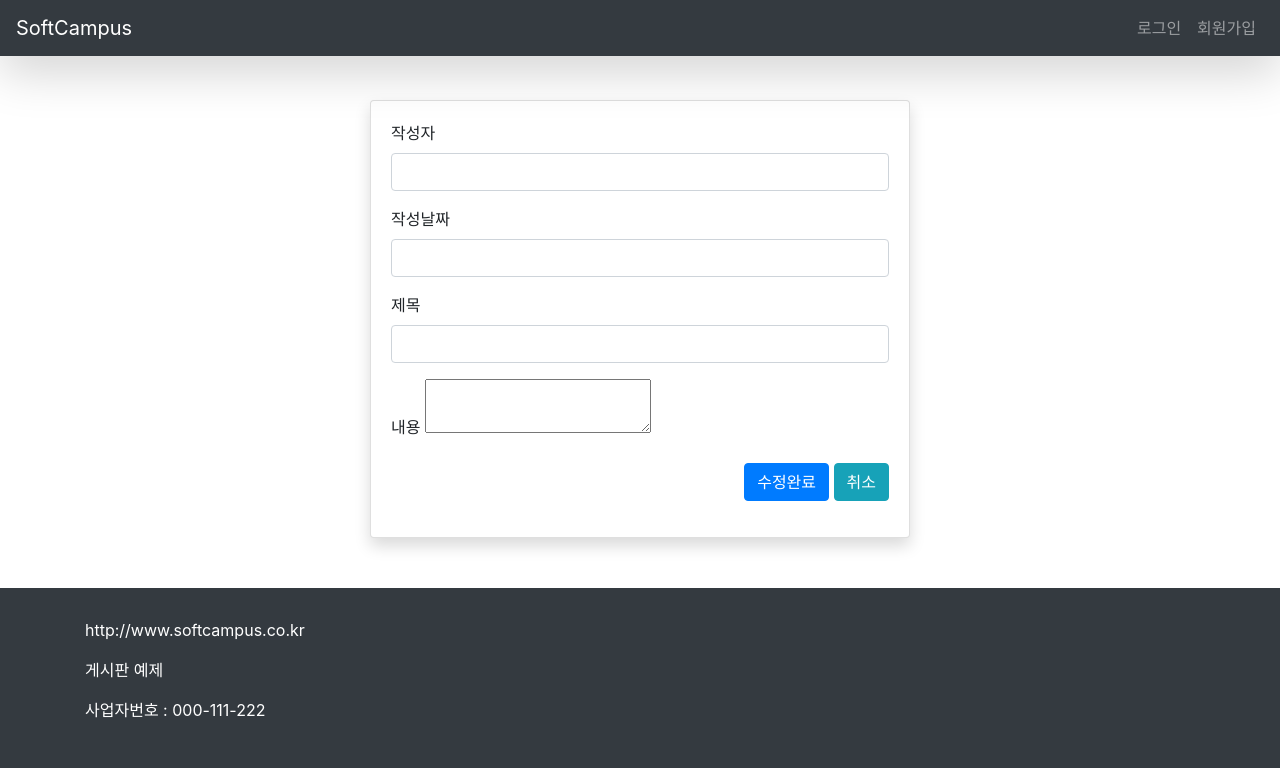
Repository: Wunhyeon/SpringMVC
Page: http://localhost/MiniProjectJava/WEB-INF/views/board/modify.jsp
These files come from the project's save history. The page is drawn as it stood at one moment and after the next save; the edit follows.
The browser window is 1280 px wide. The pictures show the whole page.
The page is served by Tomcat 9. Nobody is signed in. Other server files are loaded and not shown. The template is opened directly, without the code that normally fills it, so the values that code supplies are empty.

Above is the page before, as saved 2020-09-08 23:20:32.

### MiniProjectJava/WebContent/WEB-INF/views/board/modify.jsp
<%@ page language="java" contentType="text/html; charset=UTF-8"
    pageEncoding="UTF-8"%>
<%@ taglib prefix="c" uri="http://java.sun.com/jsp/jstl/core" %>
<c:set var="root" value="${pageContext.request.contextPath }/"></c:set>
<%@ taglib prefix="form" uri="http://www.springframework.org/tags/form" %>
<!DOCTYPE html>
<html>
<head>
<meta charset="UTF-8">
<meta name="viewport" content="width=device-width, initial-scale=1">
<title>미니 프로젝트</title>
<!-- Bootstrap CDN -->
<link rel="stylesheet" href="https://maxcdn.bootstrapcdn.com/bootstrap/4.1.0/css/bootstrap.min.css">
<script src="https://ajax.googleapis.com/ajax/libs/jquery/3.3.1/jquery.min.js"></script>
<script src="https://cdnjs.cloudflare.com/ajax/libs/popper.js/1.14.0/umd/popper.min.js"></script>
<script src="https://maxcdn.bootstrapcdn.com/bootstrap/4.1.0/js/bootstrap.min.js"></script>
</head>
<body>

<c:import url="/WEB-INF/views/include/top_menu.jsp"></c:import>

<div class="container" style="margin-top:100px">
	<div class="row">
		<div class="col-sm-3"></div>
		<div class="col-sm-6">
			<div class="card shadow">
				<div class="card-body">
					<form:form action="${root }board/modify_pro" method="post" modelAttribute="modifyInfoBean" enctype="multipart/form-data">
						<div class="form-group">
							<form:label path="content_writer_name">작성자</form:label>
							<form:input path="content_writer_name" class="form-control"/>
						</div>
						<div class="form-group">
							<form:label path="content_date">작성날짜</form:label>
							<form:input path="content_date" class="form-control"/>
						</div>
						<div class="form-group">
							<form:label path="content_subject">제목</form:label>
							<form:input path="content_subject" class="form-control"/>
						</div>
						<div class="form-group">
							<form:label path="content_text">내용</form:label>
							<form:textarea path="content_text"/>
						</div>
						<c:if test="${modifyInfoBean.content_file != null }">
							<div class="form-group">
							<form:label path="content_file">첨부 이미지</form:label>
							<img src="${root }upload/${modifyInfoBean.content_file}" width="100%"/>
							<form:input type="file" path="upload_file" class="form-control" accept="image/*"/>
						</div>
						</c:if>

						<div class="form-group">
							<div class="text-right">
								<button type="submit" class="btn btn-primary">수정완료</button>
								<a href="${root }board/read?board_info_idx=${modifyInfoBean.content_board_idx}&content_idx=${content_idx}" class="btn btn-info">취소</a>
							</div>
						</div>
					</form:form>
				</div>
			</div>
		</div>
		<div class="col-sm-3"></div>
	</div>
</div>

<c:import url="/WEB-INF/views/include/bottom_info.jsp"></c:import>

</body>
</html>

### MiniProjectJava/WebContent/WEB-INF/views/include/top_menu.jsp
<%@ page language="java" contentType="text/html; charset=UTF-8"
	pageEncoding="UTF-8"%>
<%@ taglib prefix="c" uri="http://java.sun.com/jsp/jstl/core"%>
<%-- <c:url var='root' value='/'></c:url> --%>
<c:set var="root" value="${pageContext.request.contextPath }/"></c:set>

<!-- 상단 메뉴 부분 -->
<nav
	class="navbar navbar-expand-md bg-dark navbar-dark fixed-top shadow-lg">
	<a class="navbar-brand" href="${root }main">SoftCampus</a>
	<button class="navbar-toggler" type="button" data-toggle="collapse"
		data-target="#navMenu">
		<span class="navbar-toggler-icon"></span>
	</button>
	<div class="collapse navbar-collapse" id="navMenu">
		<ul class="navbar-nav">
			<c:forEach var="obj" items="${topMenuList }">
				<a href="${root }board/main?board_info_idx=${obj.board_info_idx}"
					class="nav-link">${obj.board_info_name }</a>
			</c:forEach>


		</ul>

		<ul class="navbar-nav ml-auto">
			<c:choose>
				<c:when test="${loginUserBean.userLogin == true }">
					<li class="nav-item"><a href="${root }user/modify"
						class="nav-link">정보수정</a></li>
					<li class="nav-item"><a href="${root }user/logout"
						class="nav-link">로그아웃</a></li>
				</c:when>
				<c:otherwise>
					<li class="nav-item"><a href="${root }user/login"
						class="nav-link">로그인</a></li>
					<li class="nav-item"><a href="${root }user/join"
						class="nav-link">회원가입</a></li>
				</c:otherwise>
			</c:choose>


		</ul>
	</div>
</nav>

### MiniProjectJava/WebContent/WEB-INF/views/include/bottom_info.jsp
<%@ page language="java" contentType="text/html; charset=UTF-8"
    pageEncoding="UTF-8"%>
<div class="container-fluid bg-dark text-white" style="margin-top:50px;padding-top:30px;padding-bottom:30px">
	<div class="container">
		<p>http://www.softcampus.co.kr</p>
		<p>게시판 예제</p>
		<p>사업자번호 : 000-111-222</p>
	</div>
</div>

After the next save:
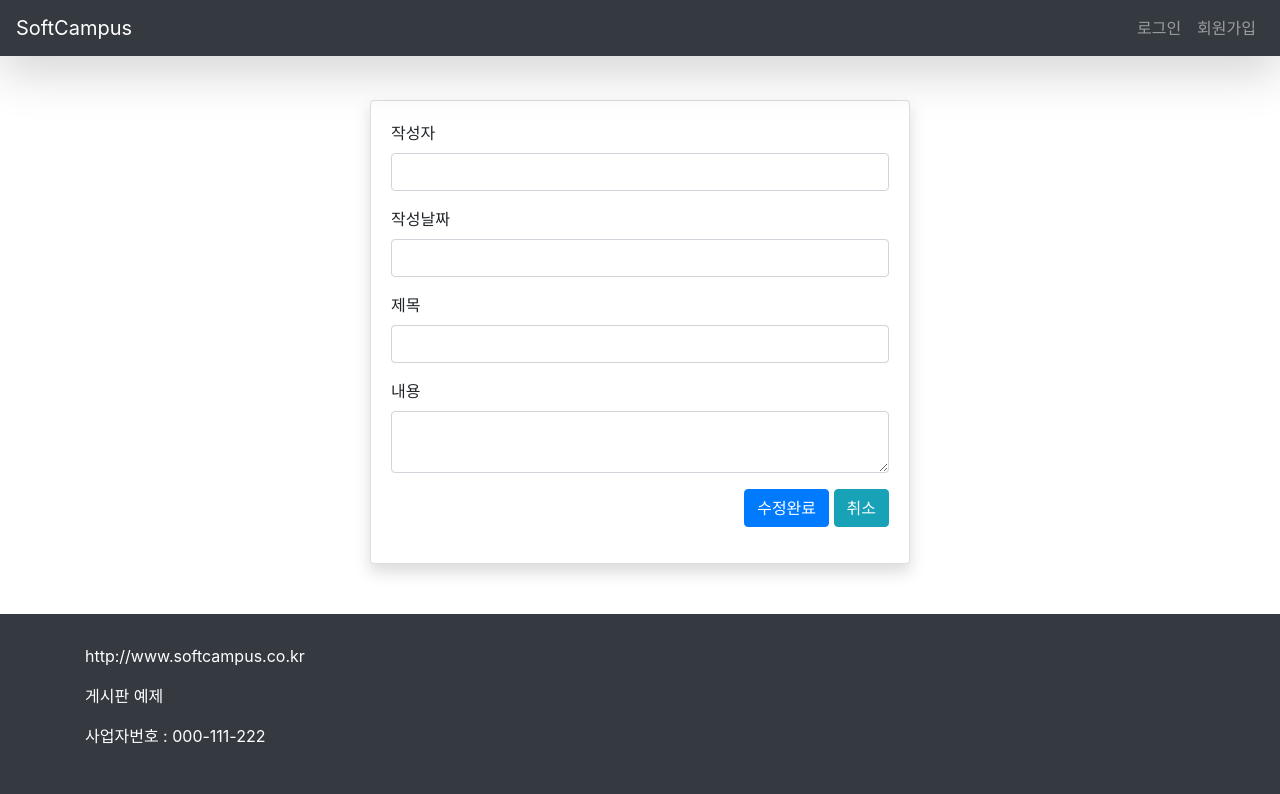
Saved 3 min 52 s later.
--- a/MiniProjectJava/WebContent/WEB-INF/views/board/modify.jsp
+++ b/MiniProjectJava/WebContent/WEB-INF/views/board/modify.jsp
@@ -40,7 +40,7 @@
 						</div>
 						<div class="form-group">
 							<form:label path="content_text">내용</form:label>
-							<form:textarea path="content_text"/>
+							<form:textarea path="content_text" class="form-control"/>
 						</div>
 						<c:if test="${modifyInfoBean.content_file != null }">
 							<div class="form-group">
